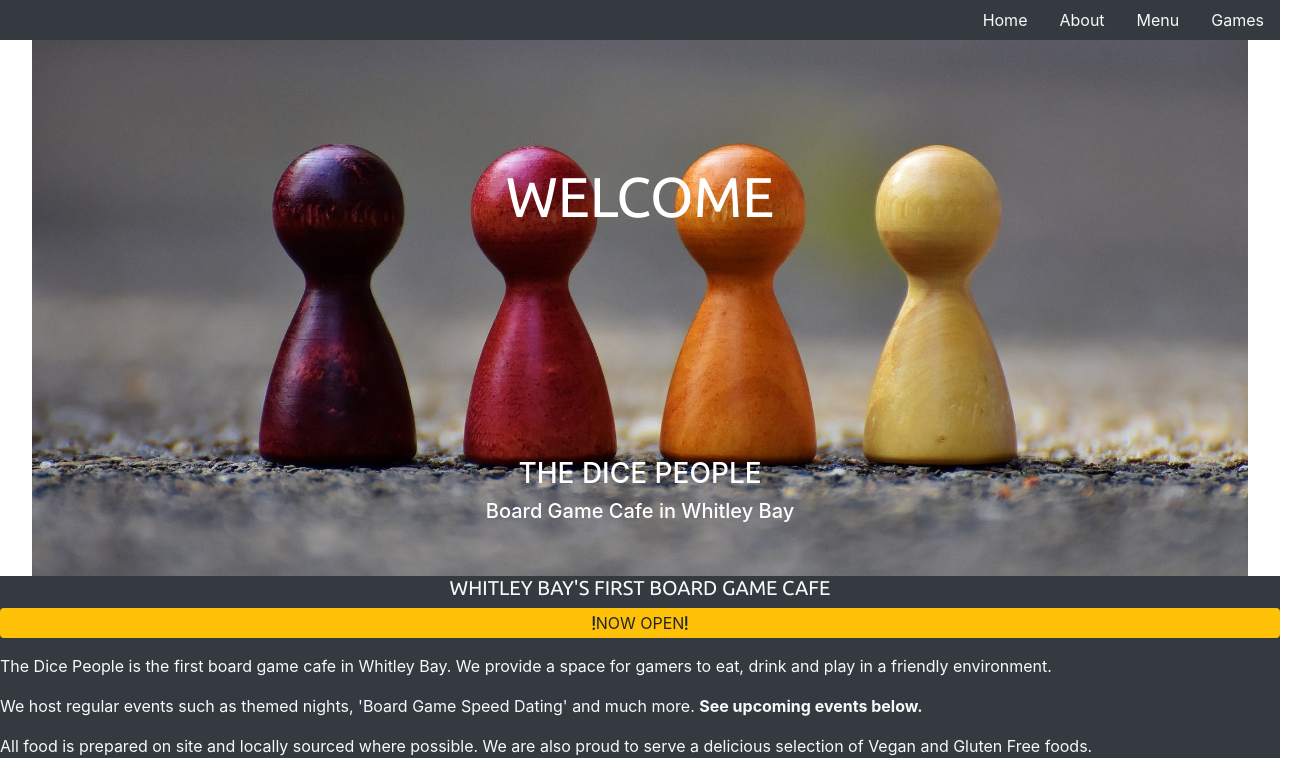
Repository: Code-Institute-Submissions/eleanorpro-milestoneproject1
Page: index.html
The author's editor kept a record of every edit. The page is drawn from the files as they stood at one moment, then again after the next edit.
The browser window is 1280 px wide. The page is 1295 px wide, so the pictures cover 1295 px, including what lies to the right of the window. The pictures show the whole page.
Some web libraries are served in a nearby version.

Above is the page before.

After the next edit:
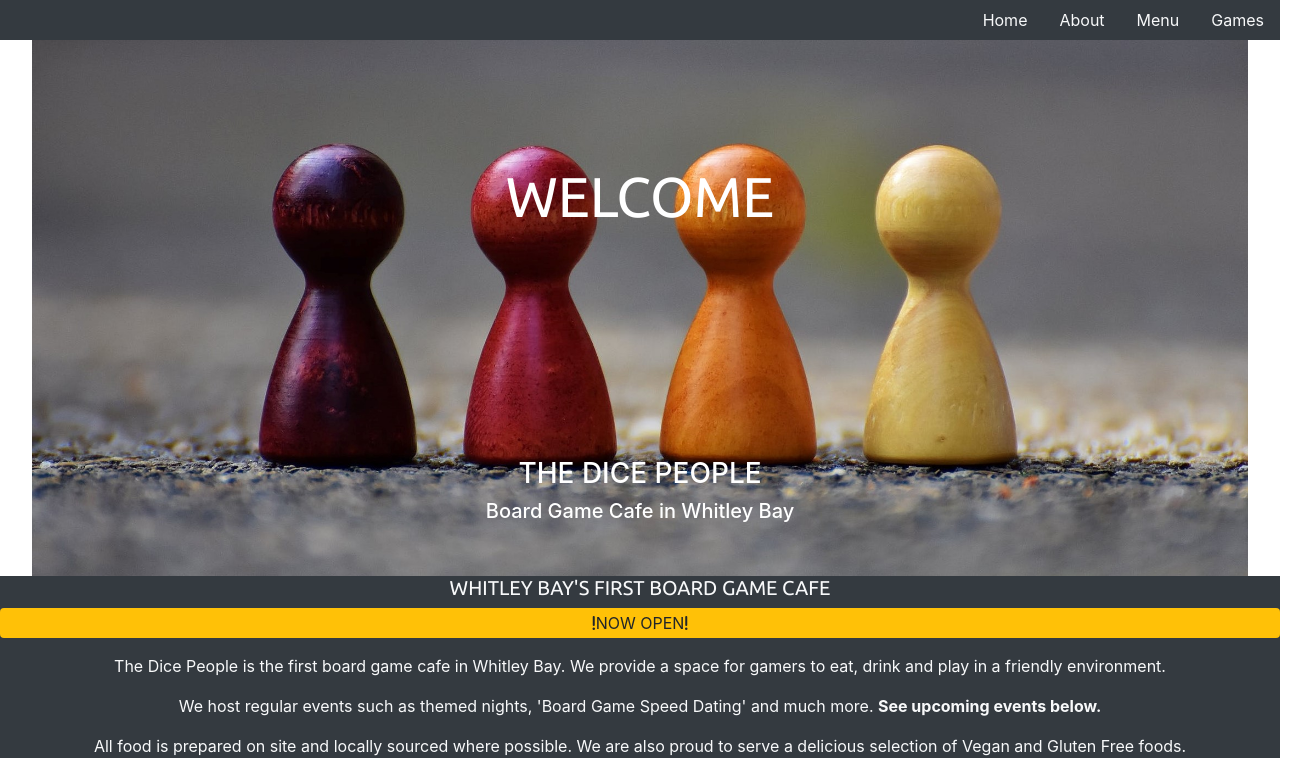
The edit:
--- a/css/style.css
+++ b/css/style.css
@@ -11,6 +11,10 @@
 .main-head {
     text-align: center;
     font-family: "Ubuntu", sans-serif;
+}
+
+.intro {
+    text-align: center;
 }
 
 /*--------------------------------------Navigation */
